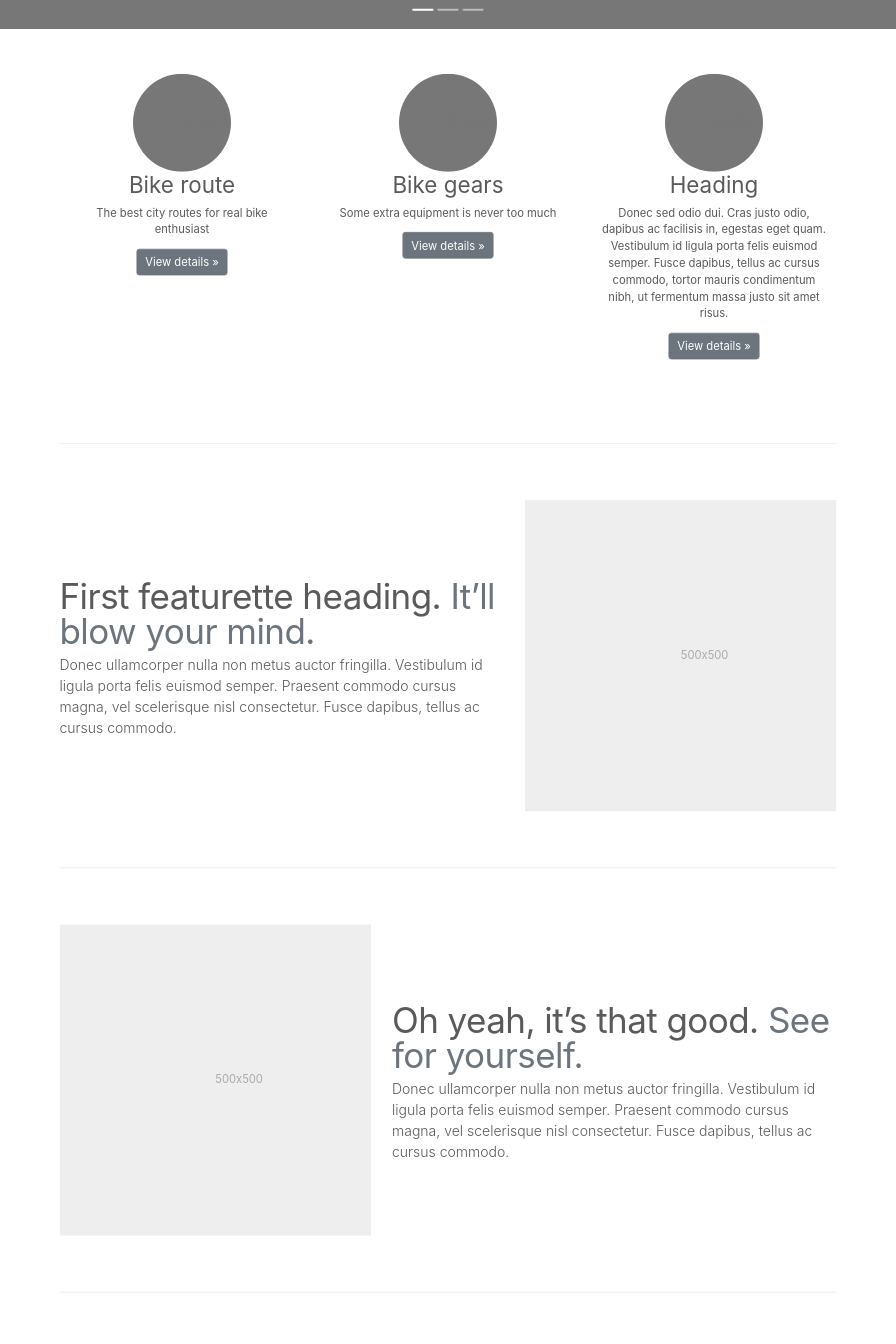
Repository: rokambol/bike-roots
Page: index.html
The author's editor kept a record of every edit. The page is drawn from the files as they stood at one moment, then again after the next edit.
The browser window is 1280 px wide. The pictures show the part of the page from y = 519 to 2439 px (the page is 3139 px tall before and 3101 px after), at 70% of full size.

Above is the page before.
Console error: TypeError: Cannot read properties of undefined (reading 'fn')

### index.html

<!doctype html>
<html lang="en">
  <head>
    <meta charset="utf-8">
    <meta name="viewport" content="width=device-width, initial-scale=1, shrink-to-fit=no">
    <meta name="description" content="">
    <meta name="author" content="Mark Otto, Jacob Thornton, and Bootstrap contributors">
    <meta name="generator" content="Jekyll v3.8.5">
    <title>Carousel Template · Bootstrap</title>



    <!-- Bootstrap core CSS -->
<link href="https://stackpath.bootstrapcdn.com/bootstrap/4.3.1/css/bootstrap.min.css" rel="stylesheet" integrity="sha384-ggOyR0iXCbMQv3Xipma34MD+dH/1fQ784/j6cY/iJTQUOhcWr7x9JvoRxT2MZw1T" crossorigin="anonymous">

<link href="css/custom.css" rel="stylesheet">


  </head>
  <body>
    <header>
  <nav class="navbar navbar-expand-md navbar-dark fixed-top bg-dark">
    <a class="navbar-brand" href="#">Carousel</a>
    <button class="navbar-toggler" type="button" data-toggle="collapse" data-target="#navbarCollapse" aria-controls="navbarCollapse" aria-expanded="false" aria-label="Toggle navigation">
      <span class="navbar-toggler-icon"></span>
    </button>
    <div class="collapse navbar-collapse" id="navbarCollapse">
      <ul class="navbar-nav mr-auto">
        <li class="nav-item active">
          <a class="nav-link" href="#">Home <span class="sr-only">(current)</span></a>
        </li>
        <li class="nav-item">
          <a class="nav-link" href="#">Link</a>
        </li>
        <li class="nav-item">
          <a class="nav-link disabled" href="#">Disabled</a>
        </li>
      </ul>
      <form class="form-inline mt-2 mt-md-0">
        <input class="form-control mr-sm-2" type="text" placeholder="Search" aria-label="Search">
        <button class="btn btn-outline-success my-2 my-sm-0" type="submit">Search</button>
      </form>
    </div>
  </nav>
</header>

<main role="main">

  <div id="myCarousel" class="carousel slide" data-ride="carousel">
    <ol class="carousel-indicators">
      <li data-target="#myCarousel" data-slide-to="0" class="active"></li>
      <li data-target="#myCarousel" data-slide-to="1"></li>
      <li data-target="#myCarousel" data-slide-to="2"></li>
    </ol>
    <div class="carousel-inner">
      <div class="carousel-item active">
        <svg class="bd-placeholder-img" width="100%" height="100%" xmlns="http://www.w3.org/2000/svg" preserveAspectRatio="xMidYMid slice" focusable="false" role="img"><rect width="100%" height="100%" fill="#777"/></svg>
        <div class="container">
          <div class="carousel-caption text-left">
            <h1>If bike riding is your passion you are in the right place!!!</h1>
            <p>Our project is created and inspire by bike readers all around the world show you the most exiting routes in the biggest city in the world! </p>
            <!--<p><a class="btn btn-lg btn-primary" href="#" role="button">Sign up today</a></p>-->
          </div>
        </div>
      </div>
      <div class="carousel-item">
        <svg class="bd-placeholder-img" width="100%" height="100%" xmlns="http://www.w3.org/2000/svg" preserveAspectRatio="xMidYMid slice" focusable="false" role="img"><rect width="100%" height="100%" fill="#777"/></svg>
        <div class="container">
          <div class="carousel-caption">
            <h1>Trace</h1>
            <p>Custom choose routes for best expirience in and around the cities</p>
            <p><a class="btn btn-lg btn-primary" href="#" role="button">Learn more</a></p>
          </div>
        </div>
      </div>
      <div class="carousel-item">
        <svg class="bd-placeholder-img" width="100%" height="100%" xmlns="http://www.w3.org/2000/svg" preserveAspectRatio="xMidYMid slice" focusable="false" role="img"><rect width="100%" height="100%" fill="#777"/></svg>
        <div class="container">
          <div class="carousel-caption text-right">
            <h1>One more for good measure.</h1>
            <p>Cras justo odio, dapibus ac facilisis in, egestas eget quam. Donec id elit non mi porta gravida at eget metus. Nullam id dolor id nibh ultricies vehicula ut id elit.</p>
            <p><a class="btn btn-lg btn-primary" href="#" role="button">Browse gallery</a></p>
          </div>
        </div>
      </div>
    </div>
    <a class="carousel-control-prev" href="#myCarousel" role="button" data-slide="prev">
      <span class="carousel-control-prev-icon" aria-hidden="true"></span>
      <span class="sr-only">Previous</span>
    </a>
    <a class="carousel-control-next" href="#myCarousel" role="button" data-slide="next">
      <span class="carousel-control-next-icon" aria-hidden="true"></span>
      <span class="sr-only">Next</span>
    </a>
  </div>


  <!-- Marketing messaging and featurettes
  ================================================== -->
  <!-- Wrap the rest of the page in another container to center all the content. -->

  <div class="container marketing">

    <!-- Three columns of text below the carousel -->
    <div class="row">
      <div class="col-lg-4">
        <svg class="bd-placeholder-img rounded-circle" width="140" height="140" xmlns="http://www.w3.org/2000/svg" preserveAspectRatio="xMidYMid slice" focusable="false" role="img" aria-label="Placeholder: 140x140"><title>Placeholder</title><rect width="100%" height="100%" fill="#777"/><text x="50%" y="50%" fill="#777" dy=".3em">140x140</text></svg>
        <h2>Bike route</h2>
        <p>The best city routes for real bike enthusiast </p>
        <p><a class="btn btn-secondary" href="#" role="button">View details &raquo;</a></p>
      </div><!-- /.col-lg-4 -->
      <div class="col-lg-4">
        <svg class="bd-placeholder-img rounded-circle" width="140" height="140" xmlns="http://www.w3.org/2000/svg" preserveAspectRatio="xMidYMid slice" focusable="false" role="img" aria-label="Placeholder: 140x140"><title>Placeholder</title><rect width="100%" height="100%" fill="#777"/><text x="50%" y="50%" fill="#777" dy=".3em">140x140</text></svg>
        <h2>Bike gears</h2>
        <p>Some extra equipment is never too much</p>
        <p><a class="btn btn-secondary" href="#" role="button">View details &raquo;</a></p>
      </div><!-- /.col-lg-4 -->
      <div class="col-lg-4">
        <svg class="bd-placeholder-img rounded-circle" width="140" height="140" xmlns="http://www.w3.org/2000/svg" preserveAspectRatio="xMidYMid slice" focusable="false" role="img" aria-label="Placeholder: 140x140"><title>Placeholder</title><rect width="100%" height="100%" fill="#777"/><text x="50%" y="50%" fill="#777" dy=".3em">140x140</text></svg>
        <h2>Heading</h2>
        <p>Donec sed odio dui. Cras justo odio, dapibus ac facilisis in, egestas eget quam. Vestibulum id ligula porta felis euismod semper. Fusce dapibus, tellus ac cursus commodo, tortor mauris condimentum nibh, ut fermentum massa justo sit amet risus.</p>
        <p><a class="btn btn-secondary" href="#" role="button">View details &raquo;</a></p>
      </div><!-- /.col-lg-4 -->
    </div><!-- /.row -->


    <!-- START THE FEATURETTES -->

    <hr class="featurette-divider">

    <div class="row featurette">
      <div class="col-md-7">
        <h2 class="featurette-heading">First featurette heading. <span class="text-muted">It’ll blow your mind.</span></h2>
        <p class="lead">Donec ullamcorper nulla non metus auctor fringilla. Vestibulum id ligula porta felis euismod semper. Praesent commodo cursus magna, vel scelerisque nisl consectetur. Fusce dapibus, tellus ac cursus commodo.</p>
      </div>
      <div class="col-md-5">
        <svg class="bd-placeholder-img bd-placeholder-img-lg featurette-image img-fluid mx-auto" width="500" height="500" xmlns="http://www.w3.org/2000/svg" preserveAspectRatio="xMidYMid slice" focusable="false" role="img" aria-label="Placeholder: 500x500"><title>Placeholder</title><rect width="100%" height="100%" fill="#eee"/><text x="50%" y="50%" fill="#aaa" dy=".3em">500x500</text></svg>
      </div>
    </div>

    <hr class="featurette-divider">

    <div class="row featurette">
      <div class="col-md-7 order-md-2">
        <h2 class="featurette-heading">Oh yeah, it’s that good. <span class="text-muted">See for yourself.</span></h2>
        <p class="lead">Donec ullamcorper nulla non metus auctor fringilla. Vestibulum id ligula porta felis euismod semper. Praesent commodo cursus magna, vel scelerisque nisl consectetur. Fusce dapibus, tellus ac cursus commodo.</p>
      </div>
      <div class="col-md-5 order-md-1">
        <svg class="bd-placeholder-img bd-placeholder-img-lg featurette-image img-fluid mx-auto" width="500" height="500" xmlns="http://www.w3.org/2000/svg" preserveAspectRatio="xMidYMid slice" focusable="false" role="img" aria-label="Placeholder: 500x500"><title>Placeholder</title><rect width="100%" height="100%" fill="#eee"/><text x="50%" y="50%" fill="#aaa" dy=".3em">500x500</text></svg>
      </div>
    </div>

    <hr class="featurette-divider">

    <div class="row featurette">
      <div class="col-md-7">
        <h2 class="featurette-heading">And lastly, this one. <span class="text-muted">Checkmate.</span></h2>
        <p class="lead">Donec ullamcorper nulla non metus auctor fringilla. Vestibulum id ligula porta felis euismod semper. Praesent commodo cursus magna, vel scelerisque nisl consectetur. Fusce dapibus, tellus ac cursus commodo.</p>
      </div>
      <div class="col-md-5">
        <svg class="bd-placeholder-img bd-placeholder-img-lg featurette-image img-fluid mx-auto" width="500" height="500" xmlns="http://www.w3.org/2000/svg" preserveAspectRatio="xMidYMid slice" focusable="false" role="img" aria-label="Placeholder: 500x500"><title>Placeholder</title><rect width="100%" height="100%" fill="#eee"/><text x="50%" y="50%" fill="#aaa" dy=".3em">500x500</text></svg>
      </div>
    </div>

    <hr class="featurette-divider">

    <!-- /END THE FEATURETTES -->

  </div><!-- /.container -->


  <!-- FOOTER -->
  <footer class="container">
    <p class="float-right"><a href="#">Back to top</a></p>
    <p>&copy; 2017-2019 Company, Inc. &middot; <a href="#">Privacy</a> &middot; <a href="#">Terms</a></p>
  </footer>
</main>
<script type="text/javascript" src="https://stackpath.bootstrapcdn.com/bootstrap/4.3.1/js/bootstrap.min.js"></script>
<script src="https://code.jquery.com/jquery-3.3.1.slim.min.js" integrity="sha384-q8i/X+965DzO0rT7abK41JStQIAqVgRVzpbzo5smXKp4YfRvH+8abtTE1Pi6jizo" crossorigin="anonymous"></script>
<script src="https://cdnjs.cloudflare.com/ajax/libs/popper.js/1.14.7/umd/popper.min.js" integrity="sha384-UO2eT0CpHqdSJQ6hJty5KVphtPhzWj9WO1clHTMGa3JDZwrnQq4sF86dIHNDz0W1" crossorigin="anonymous"></script>
</body>
</html>

### css/custom.css
/* GLOBAL STYLES
-------------------------------------------------- */
/* Padding below the footer and lighter body text */

body {
  padding-top: 3rem;
  padding-bottom: 3rem;
  color: #5a5a5a;
}


/* CUSTOMIZE THE CAROUSEL
-------------------------------------------------- */

/* Carousel base class */
.carousel {
  margin-bottom: 4rem;
}
/* Since positioning the image, we need to help out the caption */
.carousel-caption {
  bottom: 3rem;
  z-index: 10;
}

/* Declare heights because of positioning of img element */
.carousel-item {
  height: 32rem;
}
.carousel-item > img {
  position: absolute;
  top: 0;
  left: 0;
  min-width: 100%;
  height: 32rem;
}


/* MARKETING CONTENT
-------------------------------------------------- */

/* Center align the text within the three columns below the carousel */
.marketing .col-lg-4 {
  margin-bottom: 1.5rem;
  text-align: center;
}
.marketing h2 {
  font-weight: 400;
}
.marketing .col-lg-4 p {
  margin-right: .75rem;
  margin-left: .75rem;
}


/* Featurettes
------------------------- */

.featurette-divider {
  margin: 5rem 0; /* Space out the Bootstrap <hr> more */
}

/* Thin out the marketing headings */
.featurette-heading {
  font-weight: 300;
  line-height: 1;
  letter-spacing: -.05rem;
}


/* RESPONSIVE CSS
-------------------------------------------------- */

@media (min-width: 40em) {
  /* Bump up size of carousel content */
  .carousel-caption p {
    margin-bottom: 1.25rem;
    font-size: 1.25rem;
    line-height: 1.4;
  }

  .featurette-heading {
    font-size: 50px;
  }
}

@media (min-width: 62em) {
  .featurette-heading {
    margin-top: 7rem;
  }
}

After the next edit:
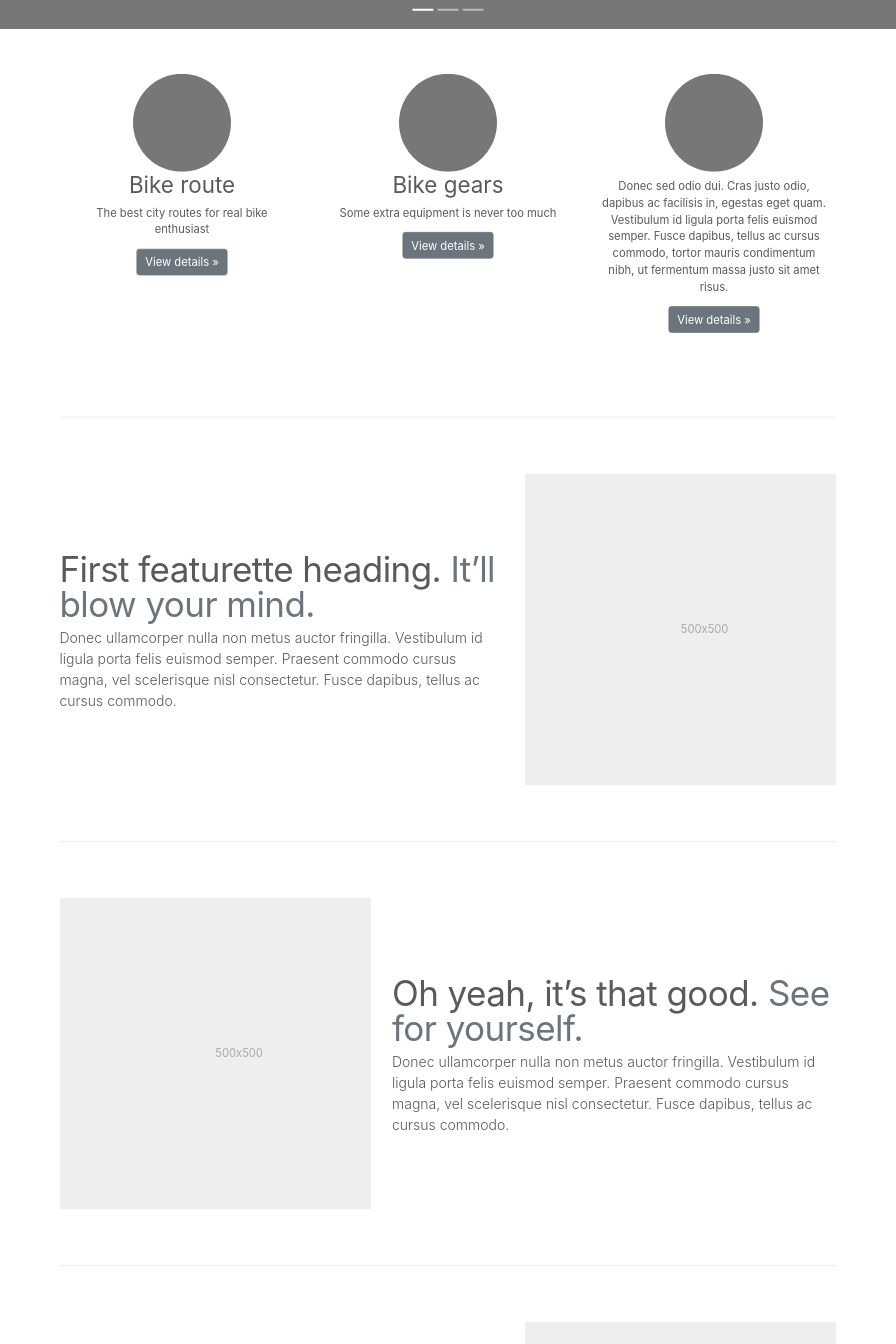
The edit:
--- a/index.html
+++ b/index.html
@@ -118,7 +118,7 @@
       </div><!-- /.col-lg-4 -->
       <div class="col-lg-4">
         <svg class="bd-placeholder-img rounded-circle" width="140" height="140" xmlns="http://www.w3.org/2000/svg" preserveAspectRatio="xMidYMid slice" focusable="false" role="img" aria-label="Placeholder: 140x140"><title>Placeholder</title><rect width="100%" height="100%" fill="#777"/><text x="50%" y="50%" fill="#777" dy=".3em">140x140</text></svg>
-        <h2>Heading</h2>
+        <h2></h2>
         <p>Donec sed odio dui. Cras justo odio, dapibus ac facilisis in, egestas eget quam. Vestibulum id ligula porta felis euismod semper. Fusce dapibus, tellus ac cursus commodo, tortor mauris condimentum nibh, ut fermentum massa justo sit amet risus.</p>
         <p><a class="btn btn-secondary" href="#" role="button">View details &raquo;</a></p>
       </div><!-- /.col-lg-4 -->
